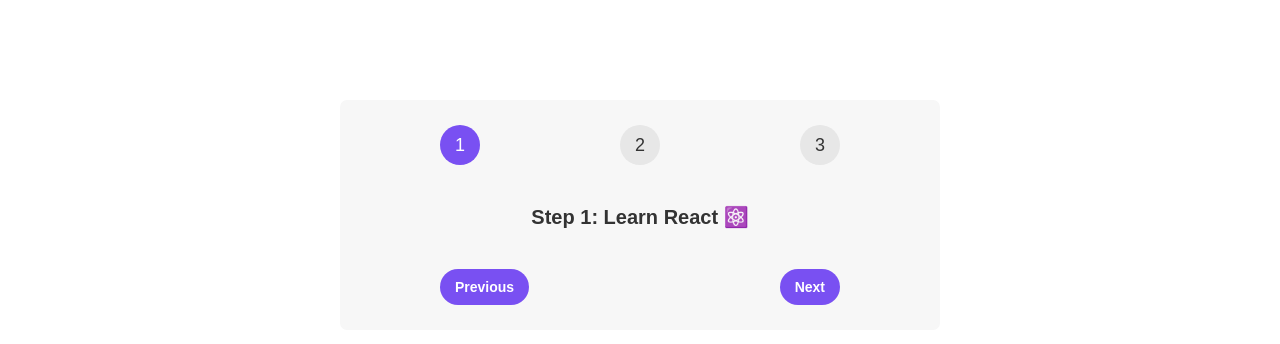
Repository: ahmedharidy/State-React-Practice
Page: /
These files come from the project's save history. The page is drawn as it stood at one moment and after a run of saves; the edit follows.
The browser window is 1280 px wide. The pictures show the whole page.
The project was rebuilt for these pictures with package versions that can differ from the ones it lists, and the page was loaded fresh each time.

Above is the page before, as saved 2026-09-25 11:30:10.

### src/App.js
const messages = [
  "Learn React ⚛️",
  "Apply for jobs 💼",
  "Invest your new income 🤑",
];
export default function App() {
  const step = 1;

  function handlePrevious() {
    alert("previous");
  }

  function handleNext() {
    alert("Next from func");
  }
  return (
    <div className="steps">
      <div className="numbers">
        <div className={`${step >= 1 ? "active" : ""}`}>1</div>
        <div className={`${step >= 2 ? "active" : ""}`}>2</div>
        <div className={`${step >= 3 ? "active" : ""}`}>3</div>
      </div>

      <p className="message">
        Step {step}: {messages[step - 1]}
      </p>

      <div className="buttons">
        <button
          onClick={handlePrevious}
          style={{ backgroundColor: "#7950f2", color: "#fff" }}>
          Previous
        </button>
        <button
          onClick={handleNext}
          style={{ backgroundColor: "#7950f2", color: "#fff" }}>
          Next
        </button>
      </div>
    </div>
  );
}

Loaded but not shown: public/index.html (common file); src/index.js (common file); src/index.css (common file)

After the next 2 saves:
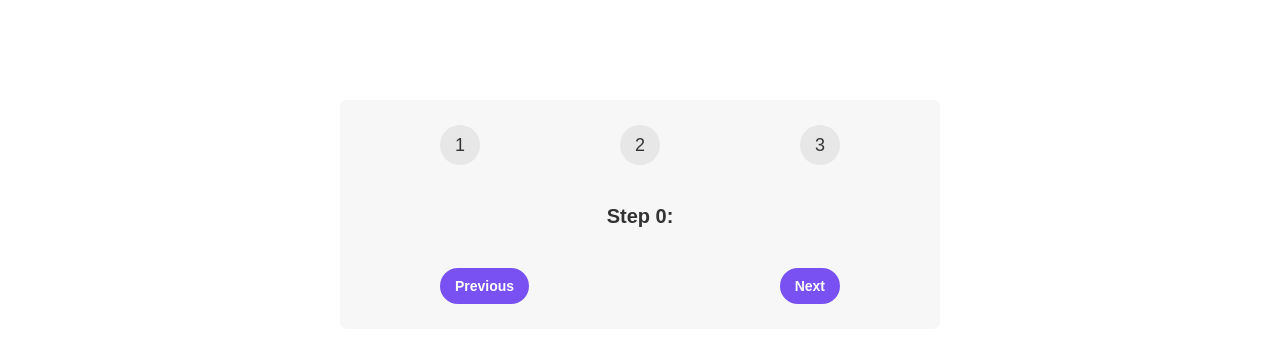
The 2 saves are shown as one change because 1 did not build or start.
The last was saved 22 h 30 min later.
--- a/src/App.js
+++ b/src/App.js
@@ -1,10 +1,12 @@
+import { useState } from "react";
+
 const messages = [
   "Learn React ⚛️",
   "Apply for jobs 💼",
   "Invest your new income 🤑",
 ];
 export default function App() {
-  const step = 1;
+  const [step, setStep] = useState(0);
 
   function handlePrevious() {
     alert("previous");

After the save that followed:
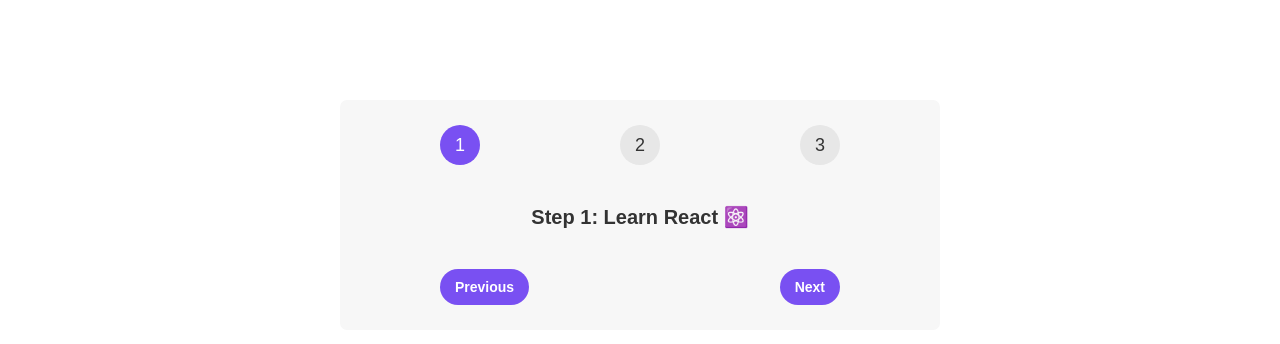
Saved 2 min 18 s later.
--- a/src/App.js
+++ b/src/App.js
@@ -6,7 +6,7 @@
   "Invest your new income 🤑",
 ];
 export default function App() {
-  const [step, setStep] = useState(0);
+  const [step, setStep] = useState(1);
 
   function handlePrevious() {
     alert("previous");
